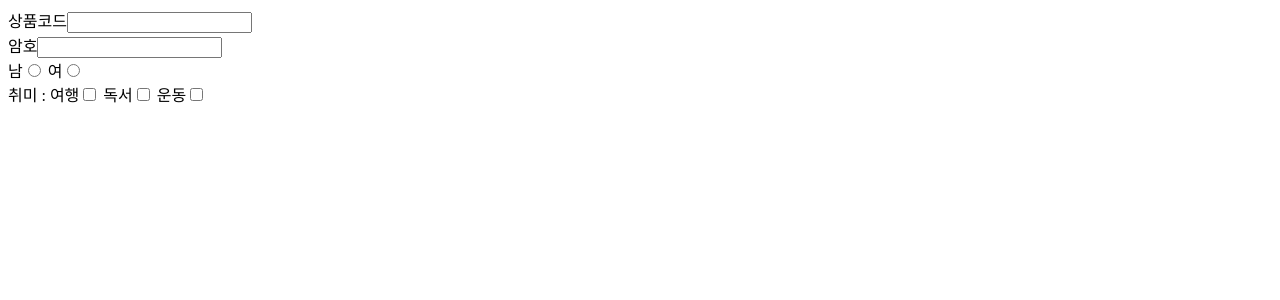
Repository: gunvv00/Java_practice
Page: html_work/html01/WebContent/Formtag01.html
An editor plug-in stored every save of this project. The page is shown before and after the next save, followed by the edit.
The browser window is 1280 px wide. The pictures show the whole page.

Above is the page before, as saved 2020-01-02 05:04:23.

After the next save:
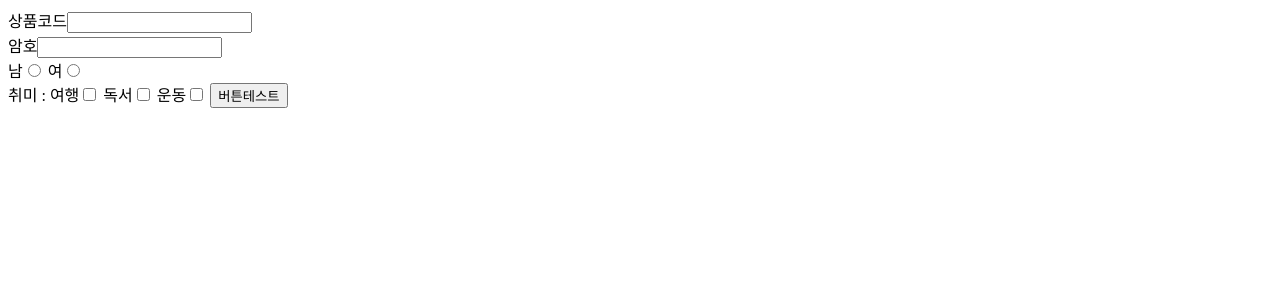
Saved 95 s later.
--- a/html_work/html01/WebContent/Formtag01.html
+++ b/html_work/html01/WebContent/Formtag01.html
@@ -13,7 +13,7 @@
 	취미 : 여행<input type = "checkbox" name="h1">
 	독서<input type = "checkbox" name="h2">
 	운동<input type = "checkbox" name="h3">
-
+	<input type = "button" value="버튼테스트"/>
 </form>
 
 </body>
